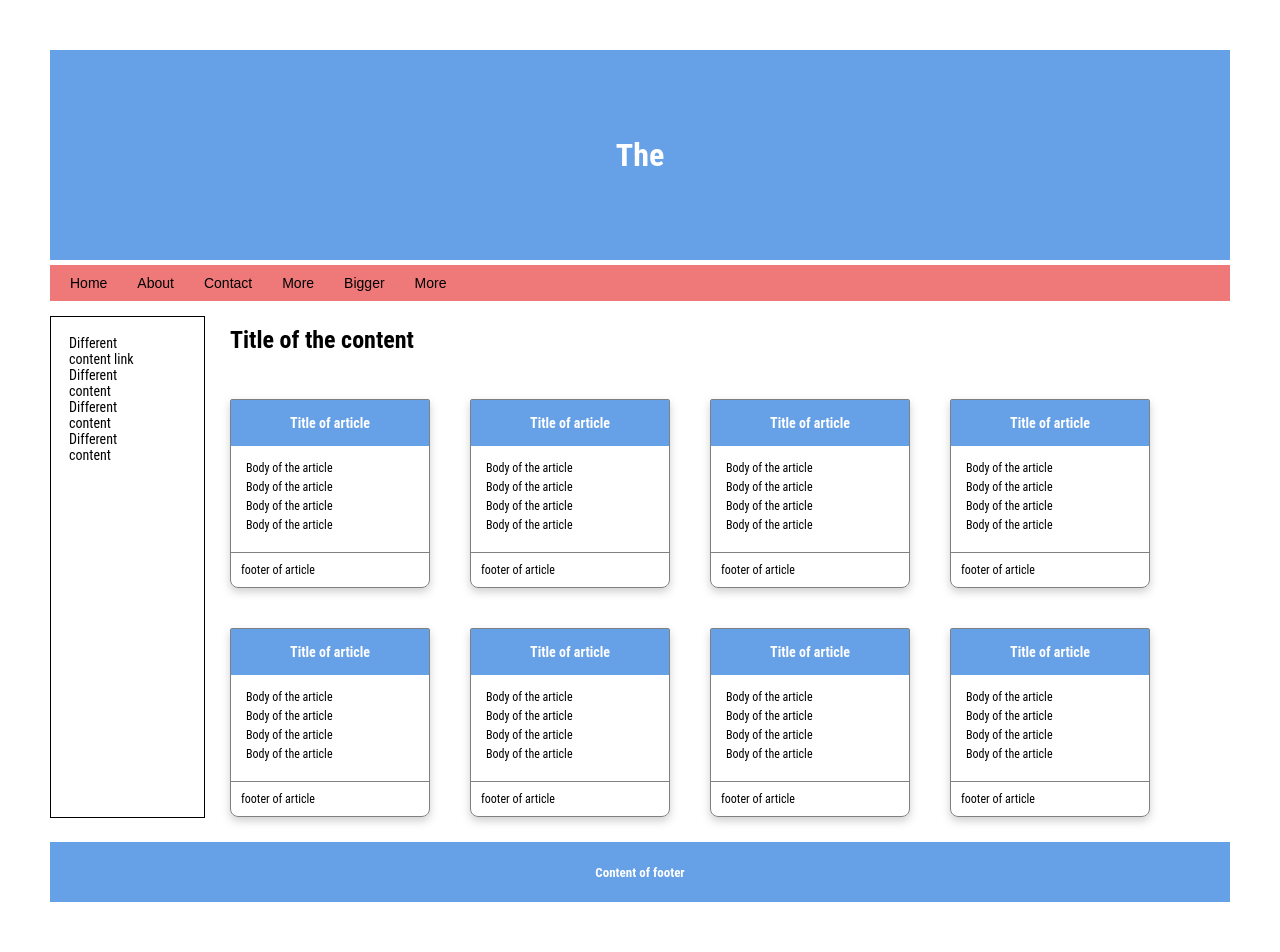
Repository: balderb/freestyle_pp_assessment
Page: index.html
The author's editor kept a copy of each file at every save. The page is drawn from the files as they stood at one save, then again after the next save.
The browser window is 1280 px wide. The pictures show the whole page.

Above is the page before, as saved 2020-12-14 17:39:14.

### index.html
<!DOCTYPE html>
<html>

<head>
  <meta name="viewport" content="width=device-width, initial-scale=1" />
  <title>Doctors conference</title>
  <link rel="icon" href="./img/shield.png">
  <link rel="stylesheet" href="css/base.css">
  <link rel="stylesheet" href="css/main.css">
  <!-- Remove this line for offline development: -->
  <link href="https://fonts.googleapis.com/css?family=Ubuntu:300" rel="stylesheet">
</head>

<body>
  <div class="grid">
    <header class="header">
      <h1>The</h1>
    </header>
    <nav class="main-nav">
      <ul>
        <li><a href="#">Home</a></li>
        <li><a href="#"> About</a></li>
        <li><a href="#"> Contact</a></li>
        <li><a href="#"> More</a></li>
        <li><a href="#"> Bigger</a></li>
        <li><a href="#"> More</a></li>
      </ul>
    </nav>
    <aside class="sidebar">
      <p>Different</p>
      <p>content link</p>
      <p>Different</p>
      <p>content</p>
      <p>Different</p>
      <p>content</p>
      <p>Different</p>
      <p>content</p>
    </aside>
    <footer class="footer">
      <h4>Content of footer</h4>
    </footer>
    <!-- subgrid/flex html design -->
    <div class="content-title">
      <h2>Title of the content</h2>
    </div>
    <main class="content">
      <div class="subgrid">
        <div class="card">
          <h3 class="card-title">Title of article</h3>
          <div class="card-body">
            <p class="card-text">Body of the article</p>
            <p class="card-text">Body of the article</p>
            <p class="card-text">Body of the article</p>
            <p class="card-text">Body of the article</p>
          </div>
          <footer class="card-footer">footer of article</footer>
        </div>
        <div class="card">
          <h3 class="card-title">Title of article</h3>
          <div class="card-body">
            <p class="card-text">Body of the article</p>
            <p class="card-text">Body of the article</p>
            <p class="card-text">Body of the article</p>
            <p class="card-text">Body of the article</p>
          </div>
          <footer class="card-footer">footer of article</footer>
        </div>
        <div class="card">
          <h3 class="card-title">Title of article</h3>
          <div class="card-body">
            <p class="card-text">Body of the article</p>
            <p class="card-text">Body of the article</p>
            <p class="card-text">Body of the article</p>
            <p class="card-text">Body of the article</p>
          </div>
          <footer class="card-footer">footer of article</footer>
        </div>
        <div class="card">
          <h3 class="card-title">Title of article</h3>
          <div class="card-body">
            <p class="card-text">Body of the article</p>
            <p class="card-text">Body of the article</p>
            <p class="card-text">Body of the article</p>
            <p class="card-text">Body of the article</p>
          </div>
          <footer class="card-footer">footer of article</footer>
        </div>
        <div class="card">
          <h3 class="card-title">Title of article</h3>
          <div class="card-body">
            <p class="card-text">Body of the article</p>
            <p class="card-text">Body of the article</p>
            <p class="card-text">Body of the article</p>
            <p class="card-text">Body of the article</p>
          </div>
          <footer class="card-footer">footer of article</footer>
        </div>
        <div class="card">
          <h3 class="card-title">Title of article</h3>
          <div class="card-body">
            <p class="card-text">Body of the article</p>
            <p class="card-text">Body of the article</p>
            <p class="card-text">Body of the article</p>
            <p class="card-text">Body of the article</p>
          </div>
          <footer class="card-footer">footer of article</footer>
        </div>

        <div class="card">
          <h3 class="card-title">Title of article</h3>
          <div class="card-body">
            <p class="card-text">Body of the article</p>
            <p class="card-text">Body of the article</p>
            <p class="card-text">Body of the article</p>
            <p class="card-text">Body of the article</p>
          </div>
          <footer class="card-footer">footer of article</footer>
        </div>
        <div class="card">
          <h3 class="card-title">Title of article</h3>
          <div class="card-body">
            <p class="card-text">Body of the article</p>
            <p class="card-text">Body of the article</p>
            <p class="card-text">Body of the article</p>
            <p class="card-text">Body of the article</p>
          </div>
          <footer class="card-footer">footer of article</footer>
        </div>
      </div>
  </div> <!-- the closing div of the subgrid -->
  </div>
  </main>
  </div>
</body>

</html>

### css/base.css
a:hover {
    text-decoration: underline;
  }

  .grid>* {
    color: white;
    /* border: 1px solid black; */
    /*margin: 10px;*/
    text-align: center;
  }

### css/main.css
/* Put your code here */

* {
    margin: 0;
    padding: 0;
    color: black;
    box-sizing: border-box;
    font-family: "Roboto Condensed", sans-serif;
}

body {
    margin-top: 0ch;
    padding: 50px;
}

h1 {
    color: white;
}

h2 {
    text-align: left;
}

ul li {
    text-decoration: none;
    list-style: none;
    display: inline-block;
    float: left;
    padding: 10px;
}

a {
    display: block;
    font-size: 14px;
    text-decoration: none;
    font-family: Arial;
    padding-left: 10px;
}

h4 {
    color: white;
}

.grid {
    display: grid;
    /* explicit grid */
    grid-gap: 5px;
    grid: 0.4fr 0.07fr 0.1fr auto 0.1fr / 155px auto;
    grid-template-areas:
        "h h"
        "n n"
        "s t"
        "s c"
        "f f";
    grid-template-rows: auto;
    /* min-height: 100vh; */
}

.header {
    display: flex;
    min-height: 210px;
    justify-content: center;
    align-items: center;
    grid-area: h;
    background-color: #66a0e6;
}

.main-nav {
    grid-area: n;
    padding: 0px;
    background: rgb(239, 121, 121);
}

.content {
    grid-area: c;
    padding: 0px;
}

.sidebar {
    grid-area: s;
    border: 1px solid black;
    padding: 18px;
    margin-top: 10px;
    margin-bottom: 19px;
    text-align: left;
    font-size: 14px;
}

.sidebar {
    grid-area: s;
}

.footer {
    grid-area: f;
    background-color: #66a0e6;
    font-size: 13px;
    min-height: 60px;
    display: flex;
    justify-content: center;
    align-items: center;
}

.content-title {
    grid-area: t;
    padding: 20px;
}

.subgrid {
    display: flex;
    justify-content: left;
    flex-wrap: wrap;
    font-size: 12px;
}

.card {
    border: 1px solid grey;
    padding: 0px;
    margin: 20px;
    font-family: arial;
    border-radius: 2px 2px 8px 8px;
    box-shadow: 0 4px 8px 0 rgba(98, 98, 98, 0.3);
    transition: 0.3s;
    width: 200px;
    height: auto;
    /* min width apply possible */
}

.card-title {
    padding: 15px;
    color: white;
    text-align: center;
    background-color: #66a0e6;
    /* make background image */
}

.card-body {
    padding: 15px;
    text-align: left;
}

.card-text {
    padding-bottom: 5px;
}

.card-footer {
    padding: 10px;
    text-align: left;
    border-top: 1px solid grey;
}

/* MEDIA QUERIES FOR RESPONSIVE DESIGN W/ flex box */
/* responsiveness of the page */

/* for tablet */

@media only screen and (min-width: 768px) and (max-width : 1023px) {
    .grid {
        grid-template-columns: 1fr;
        grid-template-rows: auto auto auto auto auto auto;
        grid-template-areas:
            "h"
            "n"
            "s"
            "t"
            "c"
            "f";
    }

    .subgrid {
        display: flex;
        flex-wrap: wrap;
    }

    .subgrid>.card {
        flex-basis: 30%;
        flex-grow: 1;
    }
}

/* for mobile */

@media only screen and (max-width: 767px) {

    .grid {
        display: grid;
        grid-template-columns: 1fr;
        grid-template-areas:
            "h"
            "n"
            "s"
            "t"
            "c"
            "f";
    }

    .subgrid {
        display: flex;
        flex-wrap: wrap;
    }

    .subgrid>.card {
        flex-basis: 35%;
        flex-grow: 1;
    }
}

After the next save:
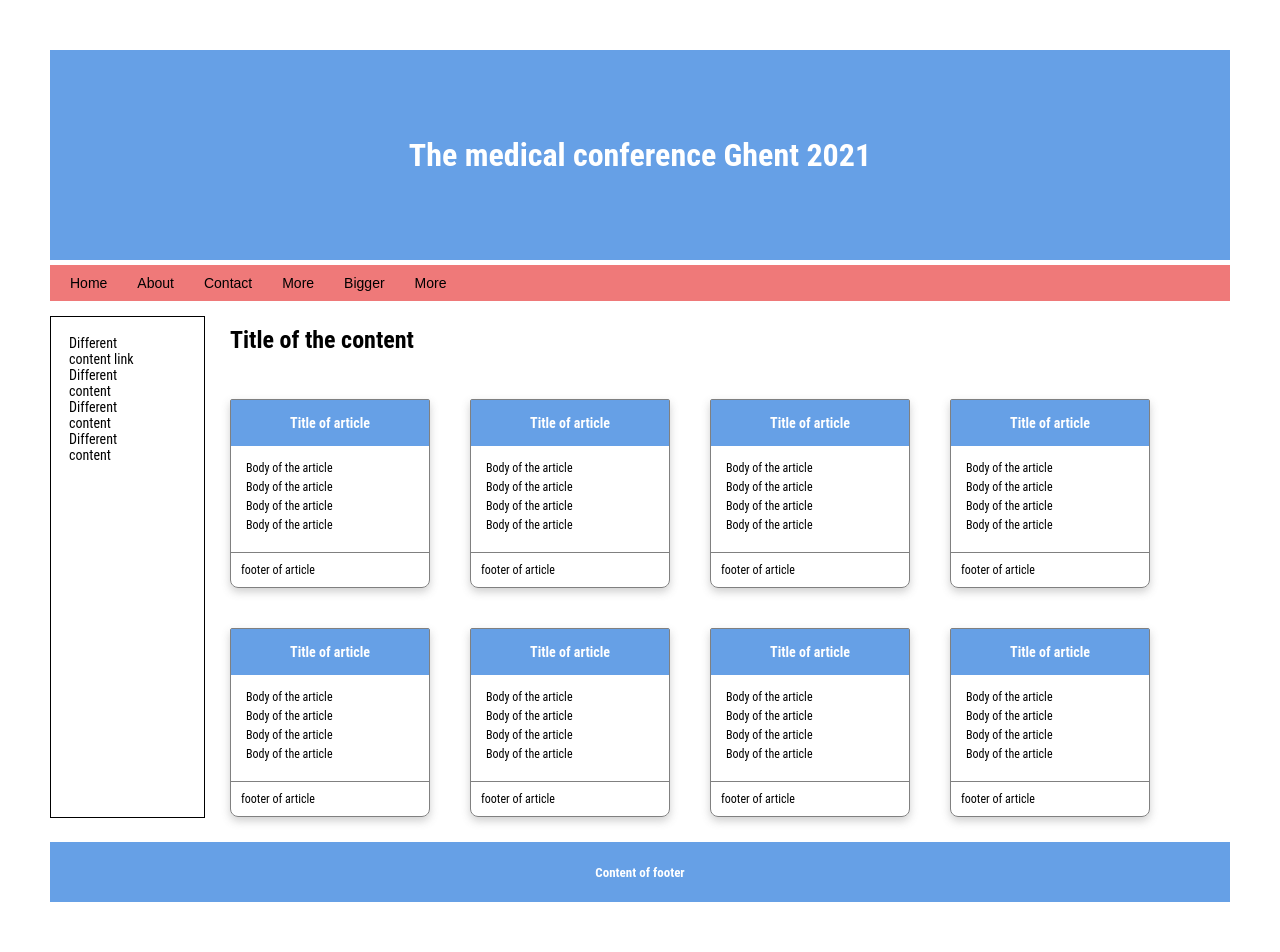
Saved 25 s later.
--- a/index.html
+++ b/index.html
@@ -14,7 +14,7 @@
 <body>
   <div class="grid">
     <header class="header">
-      <h1>The</h1>
+      <h1>The medical conference Ghent 2021</h1>
     </header>
     <nav class="main-nav">
       <ul>
